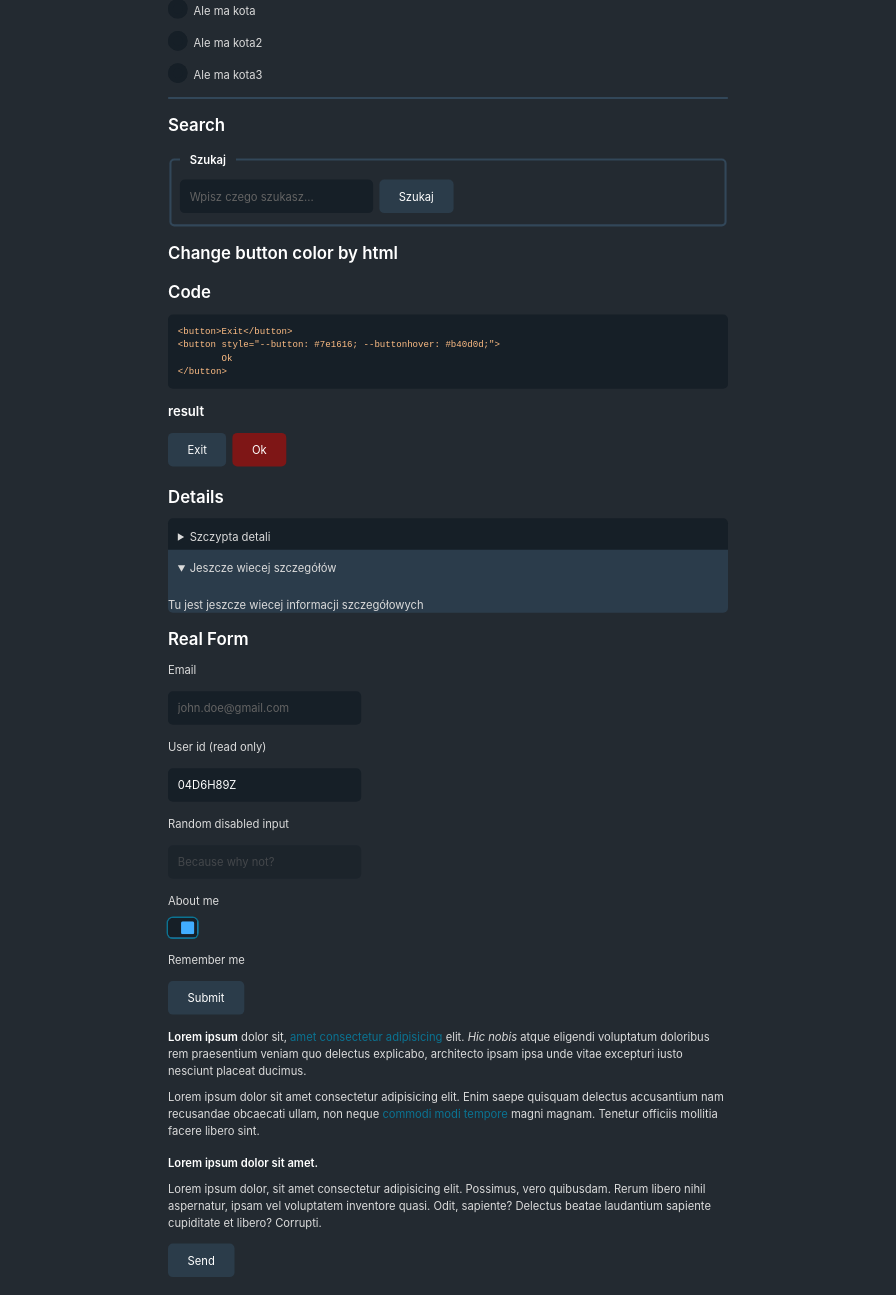
Repository: KozakBartosz/Draft
Page: index.html
The author's editor kept a copy of each file at every save. The page is drawn from the files as they stood at one save, then again after the next save.
The browser window is 1280 px wide. The pictures show the part of the page from y = 2789 to 4709 px (the page is 4639 px tall before and 4709 px after), at 70% of full size.

Above is the page before, as saved 2019-04-12 08:55:58.

### index.html
<!DOCTYPE html>
<html lang="en">
	<head>
		<meta charset="UTF-8" />
		<meta name="viewport" content="width=device-width, initial-scale=1.0" />
		<meta http-equiv="X-UA-Compatible" content="ie=edge" />
		<title>Draft.css</title>
		<link rel="stylesheet" href="draft.css" />
	</head>
	<body>
		<h1><input type="checkbox" checked="checked" /> Draft.css</h1>
		<div style="float: right">
			Thema:
			<select name="" id="changethema">
				<option value="0">Defult</option>
				<option value="1">Defult mini</option>
				<option value="2">Light</option>
				<option value="3">Blood</option>
				<option value="4">Matrix</option>
			</select>
		</div>
		<h1>The most simple css framwork</h1>
		<h2>What is draft.css</h2>
		<p>
			Framwork is targeted at quickly creating prototypes of forms and
			simple template. Designed to written html code looked beautiful and
			did not require any class and non-standard elements.
		</p>
		<h2>How use</h2>
		<p>All you have to do is add this code to the head section:</p>

		<pre><code>&lt;link rel="stylesheet" href="https://kozakbartosz.pl/draft/def.css" /&gt;</code></pre>

		<h1>Examples:</h1>

		<h3>Code:</h3>

		<pre><code>&lt;label&gt;<br />&nbsp; &nbsp; Normal text: &lt;input type="text" placeholder="placeholder..." /&gt;<br />&lt;/label&gt;<br />&lt;label&gt;<br />&nbsp; &nbsp; Inpit number: &lt;input type="number" value="1"/&gt;<br />&lt;/label&gt;<br />Data:<br />&lt;p&gt;<br />&nbsp; &nbsp; &lt;input type="date" /&gt;<br />&nbsp; &nbsp; &lt;input type="time" /&gt;<br />&lt;/p&gt;<br />Commodi:<br />&lt;label&gt;<br />&nbsp; &nbsp; &lt;input type="checkbox" /&gt; facilis non?<br />&lt;/label&gt;</code></pre>
		<h3>Result:</h3>
		<label>
			Normal text
			<input type="text" placeholder="placeholder..." />
		</label>
		<label>
			Inpit number
			<input type="number" value="1" />
		</label>
		Data:
		<p>
			<input type="date" />
			<input type="time" />
		</p>
		Commodi:
		<label> <input type="checkbox" /> facilis non? </label>

		<hr />

		<h3>Code:</h3>
		<pre><code>// This logs a message to the console<br />console.log('Hello,world!')</code></pre>

		<h2>Forms</h2>

		<ul>
			<li>Lorem, ipsum dolor.</li>
			<li>Commodi, aut ipsa.</li>
			<li>Dignissimos, quibusdam nobis?</li>
			<li>Quae, in praesentium.</li>
			<li>Aut, facilis non?</li>
		</ul>
		<ol>
			<li>Lorem, ipsum dolor.</li>
			<li>Commodi, aut ipsa.</li>
			<li>Dignissimos, quibusdam nobis?</li>
			<li>Quae, in praesentium.</li>
			<li>Aut, facilis non?</li>
		</ol>
		<textarea
			name="about"
			id="about"
			placeholder="I am a textarea..."
			rows="6"
		></textarea>
		<h2>Lorem ipsum dolor sit amet.</h2>
		<label>
			Normal text
			<input type="text" />
		</label>
		<label>
			Inpit number <input type="number" / value="1">
		</label>
		Data:
		<p>
			<input type="date" />
			<input type="time" />
		</p>
		<label>
			Nazwa:
			<select name="" id="">
				<option value="">Wybierz</option>
				<option value="">jeden</option>
				<option value="">dwa</option>
				<option value="">trzy</option>
			</select>
		</label>

		<table>
			<tr>
				<th>lorem</th>
				<th>lorem</th>
				<th>lorem</th>
			</tr>
			<tr>
				<td>lorem</td>
				<td>lorem</td>
				<td>lorem</td>
			</tr>
			<tr>
				<td>lorem</td>
				<td>lorem</td>
				<td>lorem</td>
			</tr>
		</table>

		<h3>Checkbox</h3>
		<label> <input type="checkbox" /> Ale ma kota </label>

		<label> <input type="checkbox" /> Ale ma kota2 </label>

		<label> <input type="checkbox" /> Ale ma kota3 </label>

		<h3>Radio</h3>
		<label> <input type="radio" name="radio" /> Ale ma kota </label>
		<label> <input type="radio" name="radio" /> Ale ma kota2 </label>
		<label> <input type="radio" name="radio" /> Ale ma kota3 </label>

		<hr />

		<h2>Search</h2>

		<fieldset class="search">
			<legend>Szukaj</legend>
			<form action="produkty,szukaj" method="get">
				<input
					type="text"
					name="q"
					placeholder="Wpisz czego szukasz..."
				/>
				<button>Szukaj</button>
			</form>
		</fieldset>

		<h2>Change button color by html</h2>

		<h2>Code</h2>
		<pre><code>&lt;button&gt;Exit&lt;/button&gt;<br>&lt;button style="--button: #7e1616; --buttonhover: #b40d0d;"&gt;
	Ok<br>&lt;/button&gt;</code></pre>

		<h3>result</h3>
		<button>Exit</button>
		<button style="--button: #7e1616; --buttonhover: #b40d0d;">
			Ok
		</button>

		<h2>Details</h2>

		<details>
			<summary>Szczypta detali</summary>
			<p>Informacje szczegółowe na dany temat.</p>
		</details>

		<details open>
			<summary>Jeszcze wiecej szczegółów</summary>
			<p>Tu jest jeszcze wiecej informacji szczegółowych</p>
		</details>

		<h2>Real Form</h2>

		<form>
			<label for="email">Email</label>
			<input
				type="email"
				name="email"
				id="email"
				placeholder="john.doe@gmail.com"
			/>

			<label for="id">User id (read only)</label>
			<input readonly="" name="id" id="id" value="04D6H89Z" />

			<label for="disabled">Random disabled input</label>
			<input
				disabled=""
				name="disabled"
				id="disabled"
				placeholder="Because why not?"
			/>

			<label for="about">About me</label>

			<input type="checkbox" name="remember" id="remember" checked="" />
			<label for="remember">Remember me</label>

			<input type="submit" />
		</form>

		<p>
			<strong>Lorem ipsum</strong> dolor sit,
			<a href="">amet consectetur adipisicing</a> elit.
			<i>Hic nobis</i> atque eligendi voluptatum doloribus rem praesentium
			veniam quo delectus explicabo, architecto ipsam ipsa unde vitae
			excepturi iusto nesciunt placeat ducimus.
		</p>
		<p>
			Lorem ipsum dolor sit amet consectetur adipisicing elit. Enim saepe
			quisquam delectus accusantium nam recusandae obcaecati ullam, non
			neque <a href="">commodi modi tempore </a>magni magnam. Tenetur
			officiis mollitia facere libero sint.
		</p>
		<h4>Lorem ipsum dolor sit amet.</h4>
		<p>
			Lorem ipsum dolor, sit amet consectetur adipisicing elit. Possimus,
			vero quibusdam. Rerum libero nihil aspernatur, ipsam vel voluptatem
			inventore quasi. Odit, sapiente? Delectus beatae laudantium sapiente
			cupiditate et libero? Corrupti.
		</p>

		<button>Send</button>
		<script>
			var themes = [
				[
					{ brand: "#41adff" },
					{ mainbg: "#232a31" },
					{ mainpaddng: "14px" },
					{ radius: "7px" },

					{ low: "#161f27" },
					{ like: "#2b3c4b" },
					{ midi: "#324759" },
					{ hight: "#0b7392" },

					{ text: "#dbdbdb" },
					{ textContrast: "#fff" },

					{ code: "#ffbe85" },

					{ button: "#2b3c4a" },
					{ buttonhover: "#334a5e" },
					{ buttontext: "#fff" },

					{ fillhover: "#1b2731" }
				],
				[
					{ brand: "#41adff" },
					{ mainbg: "#232a31" },
					{ mainpaddng: "12px" },
					{ radius: "12px" },

					{ low: "#161f27" },
					{ like: "#2b3c4b" },
					{ midi: "#324759" },
					{ hight: "#0b7392" },

					{ text: "#dbdbdb" },
					{ textContrast: "#fff" },

					{ code: "#ffbe85" },

					{ button: "#2b3c4a" },
					{ buttonhover: "#334a5e" },
					{ buttontext: "#fff" },

					{ fillhover: "#1b2731" }
				],
				[
					{ brand: "#41adff" },
					{ mainbg: "#ffffff" },
					{ mainpaddng: "14px" },
					{ radius: "7px" },

					{ low: "#e8f1fa" },
					{ like: "#cfe2f7" },
					{ midi: "#b2cee7" },
					{ hight: "#1db5e4" },

					{ text: "#3f4646" },
					{ textContrast: "#1a1f1f" },

					{ code: "#20595f" },

					{ button: "#3dcca1" },
					{ buttonhover: "#34e0ad" },
					{ buttontext: "#fff" },

					{ fillhover: "#e8f5ff" }
				],
				[
					{ mainpaddng: "18px" },
					{ radius: "3px" },
					{ brand: "#c21a1a" },
					{ mainbg: "#312323" },

					{ code: "#ffbe85" },

					{ text: "#dbdbdb" },
					{ textContrast: "#fff" },

					{ button: "#4a2b2b" },
					{ buttonhover: "#5e3333" },
					{ buttontext: "#fff" },

					{ fillhover: "#311b1b" },

					{ low: "#271616" },
					{ like: "#4b2b2b" },
					{ midi: "#593232" },
					{ hight: "#800f0f" }
				],
				[
					{ mainpaddng: "11px" },
					{ radius: "13px" },
					{ brand: "#1ac260" },
					{ mainbg: "#233126" },

					{ code: "#c0ff85" },

					{ text: "#dbdbdb" },
					{ textContrast: "#fff" },

					{ button: "#324a2b" },
					{ buttonhover: "#385e33" },
					{ buttontext: "#fff" },

					{ fillhover: "#1b3122" },

					{ low: "#162717" },
					{ like: "#2b4b2e" },
					{ midi: "#32593f" },
					{ hight: "#0f803a" }
				]
			];

			let changethema = document.getElementById("changethema");
			let root = document.documentElement;
			changethema.addEventListener("change", e => {
				console.log(e);
				var theme = themes[e.target.value];
				theme.forEach(element => {
					var k = Object.keys(element)[0];
					root.style.setProperty("--" + k, element[k]);
				});
			});
		</script>
	</body>
</html>

### draft.css
/* TO DO */
/* <details> */
:root {
	--brand: #41adff;
	--mainbg: #232a31;
	--mainpaddng: 14px;
	--radius: 7px;

	--low: #161f27;
	--like: #2b3c4b;
	--midi: #324759;
	--hight: #0b7392;

	--text: #dbdbdb;
	--textContrast: #fff;

	--code: #ffbe85;

	--button: #2b3c4a;
	--buttonhover: #334a5e;
	--buttontext: #fff;

	--fillhover: #1b2731;
}
/*
:root {
	--brand: #41adff;
	--mainbg: #ffffff;
	--mainpaddng: 14px;
	--radius: 7px;

	--low: #e8f1fa;
	--like: #cfe2f7;
	--midi: #b2cee7;
	--hight: #1db5e4;

	--text: #3f4646;
	--textContrast: #1a1f1f;

	--code: #20595f;

	--button: #3dcca1;
	--buttonhover: #34e0ad;
	--buttontext: #fff;

	--fillhover: #e8f5ff;
} */

/* :root {
	--mainpaddng: 18px;
	--radius: 3px;
	--brand: #c21a1a;
	--mainbg: #312323;

	--code: #ffbe85;

	--text: #dbdbdb;
	--textContrast: #fff;

	--button: #4a2b2b;
	--buttonhover: #5e3333;
	--buttontext: #fff;

	--fillhover: #311b1b;

	--low: #271616;
	--like: #4b2b2b;
	--midi: #593232;
	--hight: #800f0f;
} */

/* :root {
	--mainpaddng: 11px;
	--radius: 13px;
	--brand: #1ac260;
	--mainbg: #233126;

	--code: #c0ff85;

	--text: #dbdbdb;
	--textContrast: #fff;

	--button: #324a2b;
	--buttonhover: #385e33;
	--buttontext: #fff;

	--fillhover: #1b3122;

	--low: #162717;
	--like: #2b4b2e;
	--midi: #32593f;
	--hight: #0f803a;
} */
body {
	font-family: -apple-system, BlinkMacSystemFont, "Segoe UI", "Roboto",
		"Oxygen", "Ubuntu", "Cantarell", "Fira Sans", "Droid Sans",
		"Helvetica Neue", sans-serif;
	line-height: 1.5;
	max-width: 800px;
	margin: 20px auto;
	padding: 0 var(--mainpaddng);
	color: var(--text);
	background: var(--mainbg);
	text-rendering: optimizeLegibility;
}

label {
	display: block;
}

button,
input,
textarea {
	vertical-align: middle;
	transition: background-color 0.2s ease, box-shadow 0.2s ease,
		transform 0.2s ease;
}
h1 {
	font-size: 2.2em;
	margin-top: 0;
}
h1,
h2,
h3,
h4,
h5,
h6 {
	margin-bottom: 12px;
}
h1,
h2,
h3,
h4,
h5,
h6,
strong {
	color: var(--textContrast);
	font-weight: 600;
}
button,
input[type="submit"],
input[type="button"],
input[type="checkbox"],
input[type="radio"] {
	cursor: pointer;
	display: inline-block;
}

input,
select,
button,
textarea {
	/* display: block; */
	color: var(--textContrast);
	background-color: var(--low);
	font-family: inherit;
	font-size: inherit;
	margin: 4px 4px 6px 0;
	padding: var(--mainpaddng);
	border: none;
	border-radius: var(--radius);
	outline: none;
	-webkit-appearance: none;
}
input[type="number"] {
	max-width: calc(var(--mainpaddng) * 5);
}

button:hover,
input:hover,
select:hover,
textarea:hover,
textarea:hover {
	background-color: var(--fillhover);
}

label > input,
label > select {
	display: block;
}

textarea {
	margin-right: 0;
	width: 100%;
	box-sizing: border-box;
	resize: vertical;
}
button,
input[type="submit"],
input[type="button"] {
	color: var(--buttontext);
	background-color: var(--button);
	padding: var(--mainpaddng) calc(var(--mainpaddng) * 2);
}

select {
	padding-right: calc(var(--mainpaddng) * 3);
	background: var(--low)
		url("data:[embedded picture, 198 characters]")
		100% 50%/27px 7px no-repeat;
}

input:focus,
select:focus,
button:focus,
textarea:focus {
	background-color: var(--fillhover);
	box-shadow: 0 0 0 2px var(--hight);
}

button:focus,
input[type="submit"]:focus,
input[type="button"]:focus {
	background-color: var(--buttonhover);
}

button:hover,
input[type="submit"]:hover,
input[type="button"]:hover {
	background-color: var(--buttonhover);
	box-shadow: 0 5px 20px -5px rgba(0, 0, 0, 0.35), 0 3px 0 0 var(--button);
	transform: translateY(-3px);
}
button:active {
	transform: translateY(0px);
	box-shadow: 0 5px 20px -5px rgba(0, 0, 0, 0.35);
}

input:disabled {
	cursor: not-allowed;
	opacity: 0.5;
}

input[type="radio"],
input[type="checkbox"] {
	margin-top: -2px;
	transition: background-color 0.25s ease,
		box-shadow 0.25s cubic-bezier(0.53, 1.59, 0.51, 1);
}
input[type="checkbox"] {
	background-color: var(--like);
	width: calc(var(--mainpaddng) * 3);
	box-shadow: calc(var(--mainpaddng) * -1) 0 0 calc(var(--mainpaddng) / 3)
			var(--low) inset,
		0 0 0 calc(var(--mainpaddng) / 3) var(--low) inset;
}
input[type="checkbox"]:hover,
input[type="radio"]:hover {
	background-color: var(--midi);
}
input[type="checkbox"]:focus {
	box-shadow: calc(var(--mainpaddng) * -1) 0 0 calc(var(--mainpaddng) / 3)
			var(--low) inset,
		0 0 0 calc(var(--mainpaddng) / 3) var(--low) inset,
		0 0 0 2px var(--hight);
}

input[type="radio"] {
	border-radius: 100%;
	box-shadow: 0 0 0 calc(var(--mainpaddng) / 2) var(--low) inset;
}
input[type="checkbox"]:checked,
input[type="radio"]:checked {
	box-shadow: 0 0 0 calc(var(--mainpaddng) / 3) var(--low) inset,
		0 0 0 2px var(--hight), 0 0 0 1px var(--low);
	background-color: var(--brand);
}

input[type="checkbox"]:checked {
	box-shadow: var(--mainpaddng) 0 0 calc(var(--mainpaddng) / 3) var(--low)
			inset,
		0 0 0 calc(var(--mainpaddng) / 3) var(--low) inset,
		0 0 0 2px var(--hight);
}

::placeholder {
	color: #636363;
}
a {
	text-decoration: none;
	color: var(--hight);
}
a:hover {
	text-decoration: underline;
	color: var(--brand);
}
ul,
ol,
label,
code,
p {
	margin: var(--mainpaddng) 0;
}

code,
kbd {
	background: var(--low);
	color: var(--code);
	padding: var(--mainpaddng);
	border-radius: var(--radius);
}
/* pre {
	margin: 0 calc(var(--mainpaddng) * -1);
} */
pre > code {
	display: block;
	overflow-x: auto;
}
img {
	max-width: 100%;
}
hr {
	margin: var(--mainpaddng) 0;
	border: none;
	height: 3px;
	border-radius: calc(var(--radius) / 6);
	background: var(--midi);
}
fieldset {
	border: 3px solid var(--midi);
	border-radius: var(--radius);
}
fieldset > legend {
	font-weight: 600;
	color: var(--textContrast);
	padding: calc(var(--mainpaddng) / 2) calc(var(--mainpaddng));
}

details {
	border-radius: var(--radius);
	background: var(--low);
	transition: all 0.25s ease;
}
details + details {
	margin-top: calc(var(--radius) * -1);
	border-top: var(--radius) solid var(--low);
	border-top: none;
	border-radius: 0 0 var(--radius) var(--radius);
}
details[open] {
	background: var(--like);
}
details summary {
	padding: var(--mainpaddng);
}

table {
	/* border-collapse: collapse; */
	margin: var(--mainpaddng) -2px;
	border-radius: calc(var(--radius) + 4px);
	width: calc(100% + 4px);
	overflow: hidden;
	border-spacing: 2px;
}
td,
th {
	padding: var(--mainpaddng);
	background: var(--low);
}
th {
	border-bottom: 3px solid var(--midi);
	color: var(--textContrast);
}
tr:hover td,
tr:hover th {
	background-color: var(--fillhover);
}

After the next save:
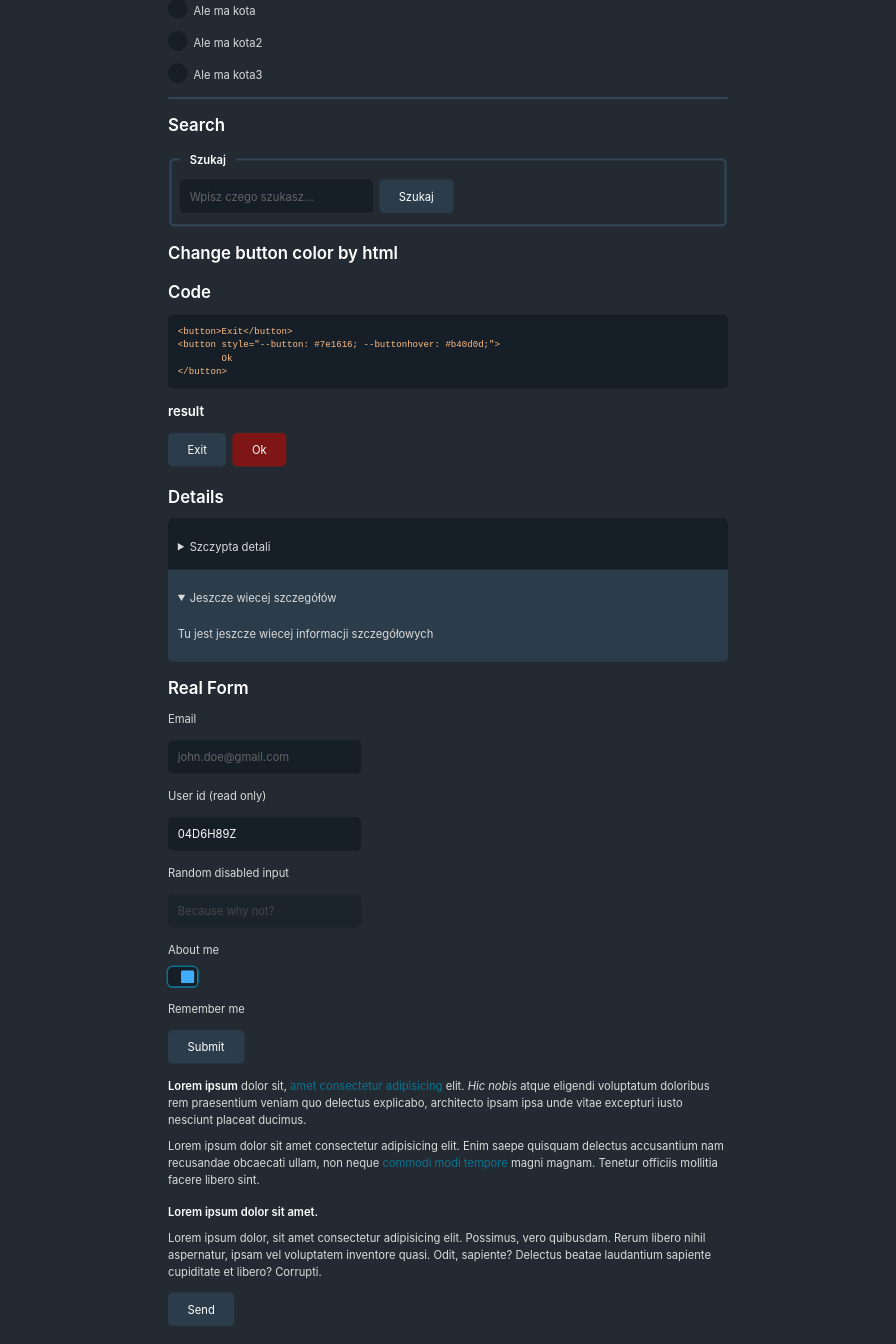
Saved 17 s later.
--- a/draft.css
+++ b/draft.css
@@ -327,6 +327,7 @@ fieldset > legend {
 }
 
 details {
+	padding: var(--mainpaddng);
 	border-radius: var(--radius);
 	background: var(--low);
 	transition: all 0.25s ease;
@@ -341,7 +342,7 @@ details[open] {
 	background: var(--like);
 }
 details summary {
-	padding: var(--mainpaddng);
+	padding: var(--mainpaddng) 0;
 }
 
 table {
